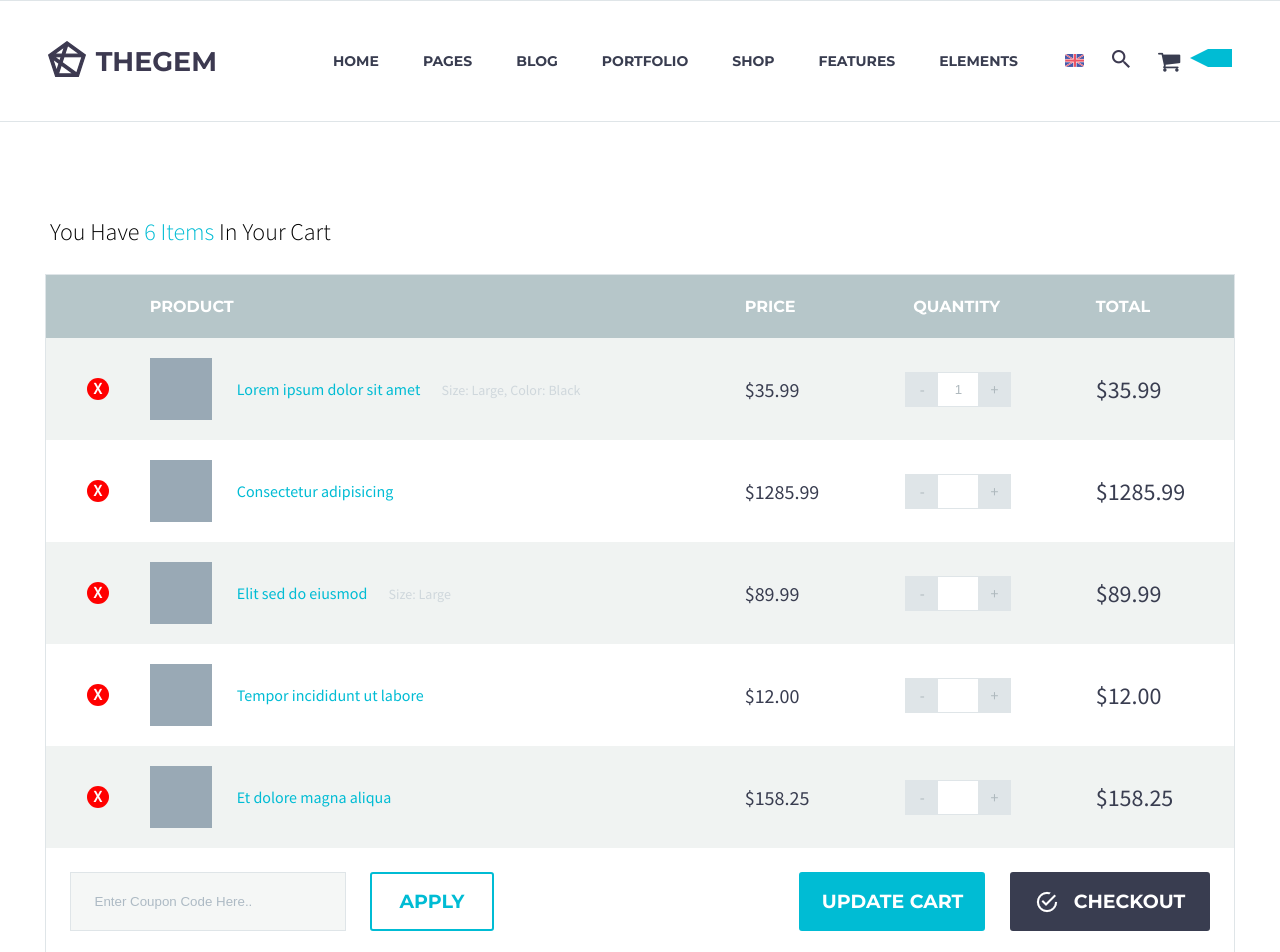
Repository: flylessbird/shop_cart
Page: html/page.html
The author's editor kept a copy of each file at every save. The page is drawn from the files as they stood at one save, then again after the next save.
The browser window is 1280 px wide. The pictures show the part of the page from y = 0 to 952 px (the page is 2271 px tall).
The style sheet was rebuilt from its Sass, Less or Tailwind sources for each picture, by a compiler version that may differ from the author's.

Above is the page before, as saved 2022-05-16 15:57:02.

After the next save:
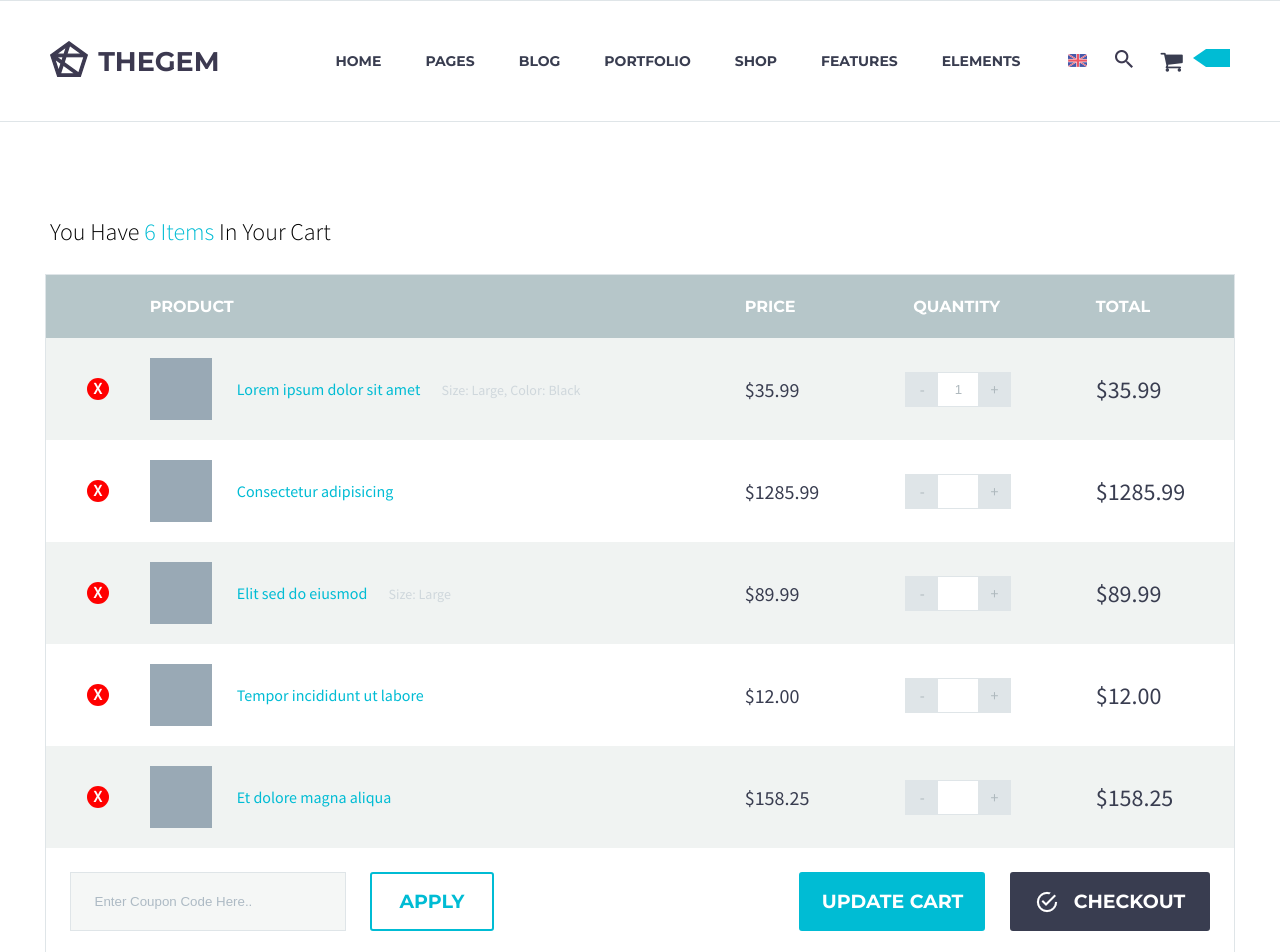
Saved 10 min 33 s later.
--- a/css/page.scss
+++ b/css/page.scss
@@ -97,7 +97,7 @@
           width: 0;
           height: 0;
           border-top: 9px solid transparent;
-          border-right: 18px solid $blue;
+          border-right: 13px solid $blue;
           border-bottom: 9px solid transparent;
         }
         .square {
